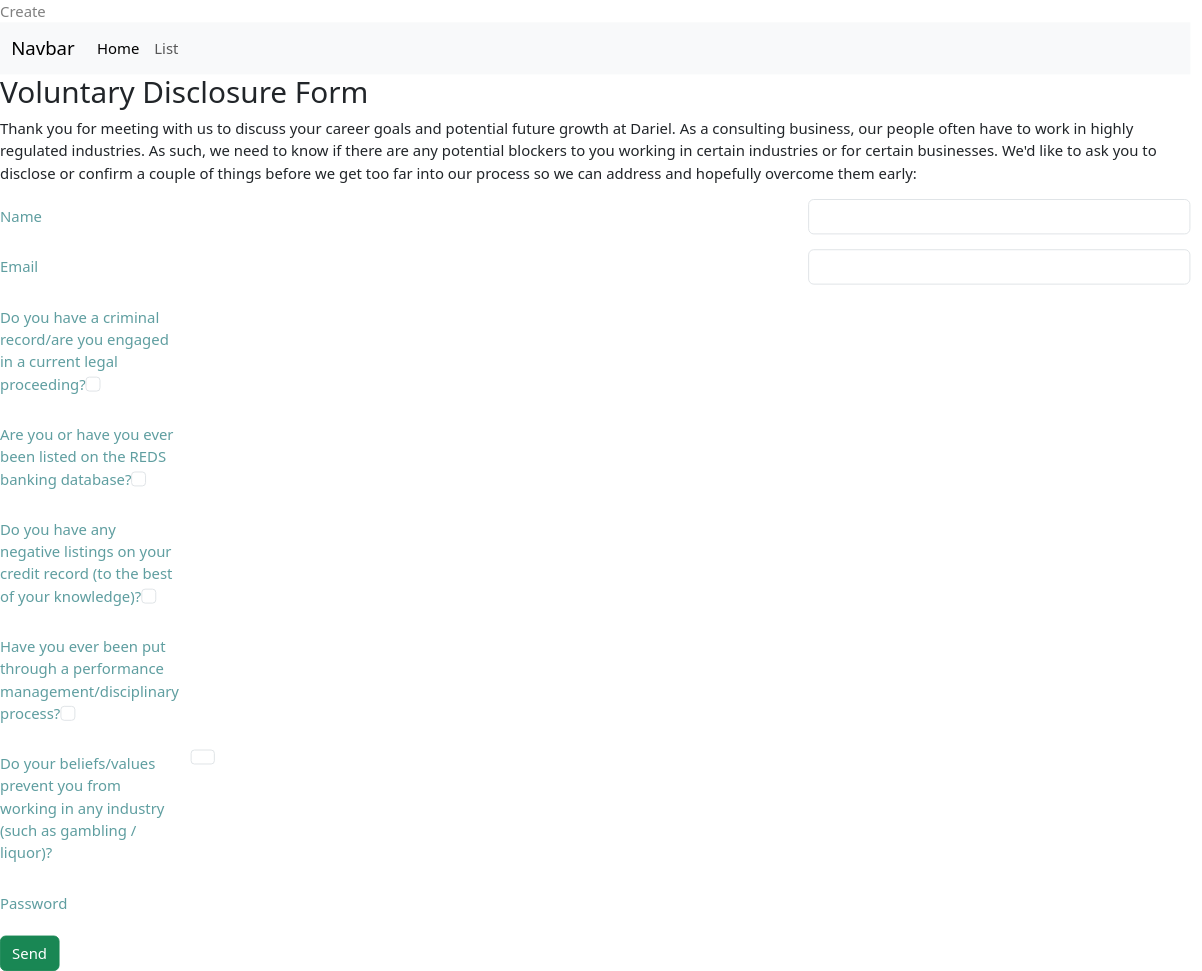
Repository: NtuthukoM/VoluntaryDisclosure
Page: / (app in disclosures-client/)
An editor plug-in stored every save of this project. The page is shown before and after the next save, followed by the edit.
The browser window is 1280 px wide. The page is 1292 px wide, so the pictures cover 1292 px, including what lies to the right of the window. The pictures show the whole page, at 93% of full size.
The project was rebuilt for these pictures with package versions that can differ from the ones it lists, and the page was loaded fresh each time. Also part of the build but not shown: disclosures-client/src/pages/ListDisclosures.js, disclosures-client/src/pages/DisclosureDetails.js, disclosures-client/src/pages/DisclosureSubmitted.js.

Above is the page before, as saved 2023-05-30 20:52:30.

After the next save:
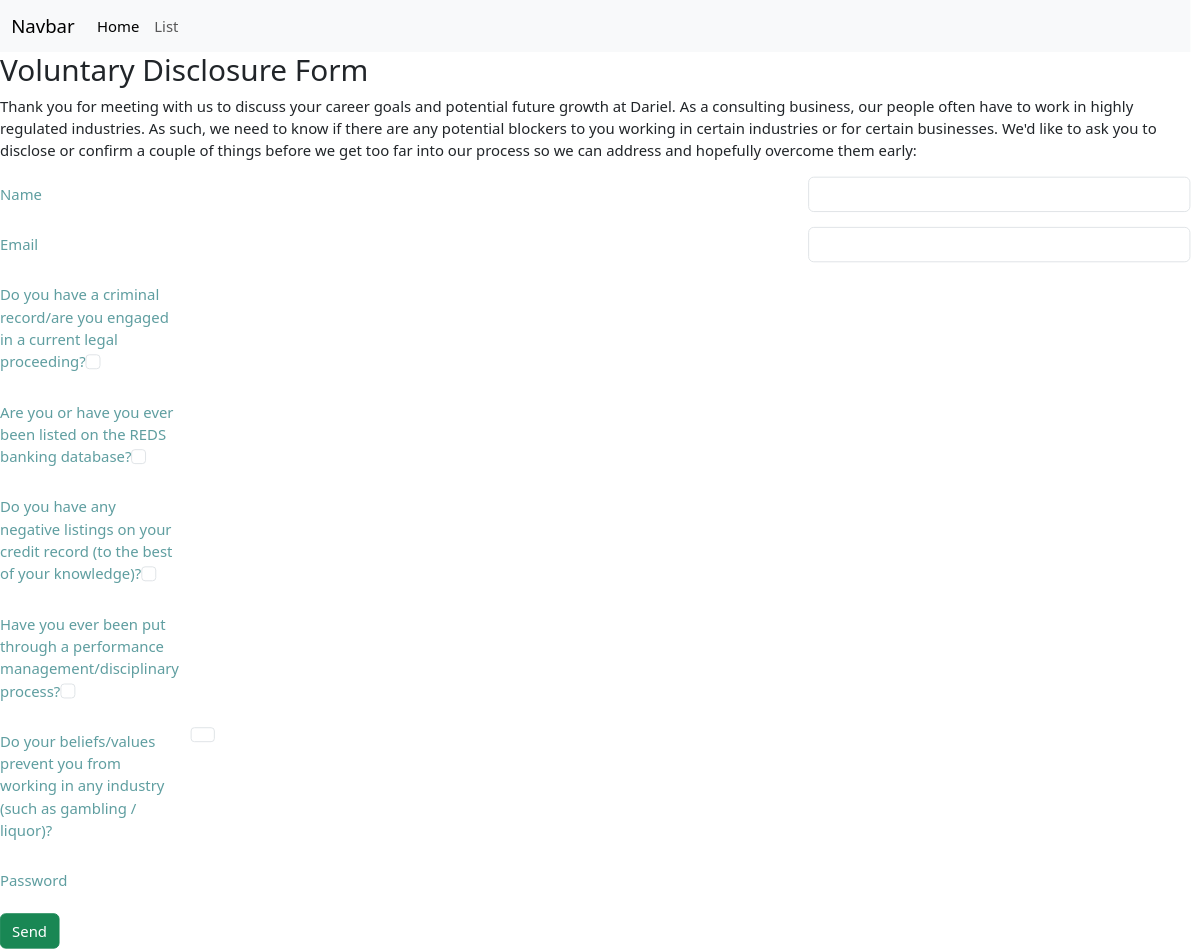
Saved 4 s later.
--- a/disclosures-client/src/components/nav.js
+++ b/disclosures-client/src/components/nav.js
@@ -4,7 +4,7 @@ export function Nav(){
     return (
         <>
             <nav>
-                <NavLink to="/" className={({isActive}) => isActive ? "active" : "go-to"}>Create </NavLink>
+
 
             </nav>
             <nav className="navbar navbar-expand-lg bg-body-tertiary">

After the save that followed:
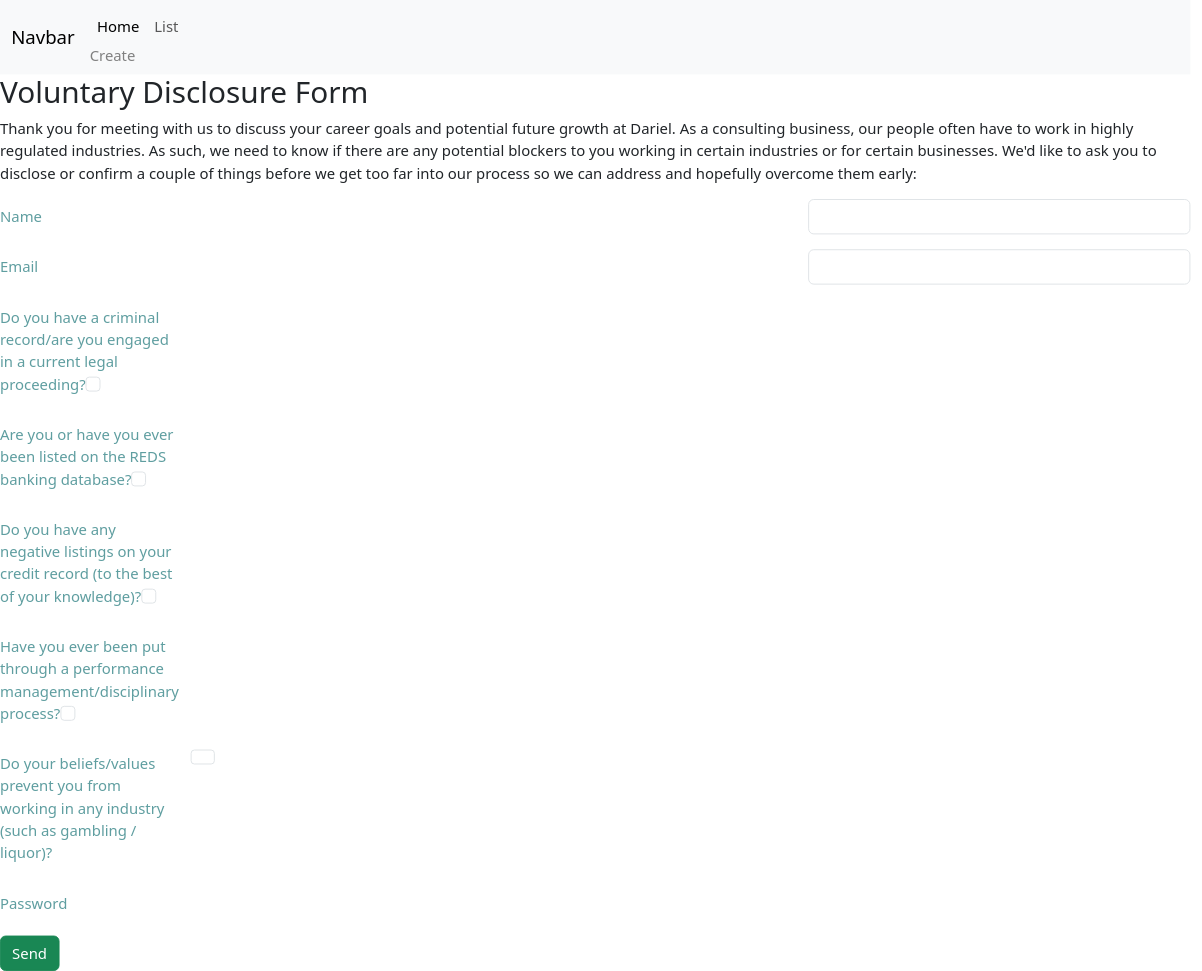
Saved 4 s later.
--- a/disclosures-client/src/components/nav.js
+++ b/disclosures-client/src/components/nav.js
@@ -17,6 +17,7 @@ export function Nav(){
       <ul className="navbar-nav">
         <li className="nav-item">
           <a className="nav-link active" aria-current="page" href="#">Home</a>
+          <NavLink to="/" className={({isActive}) => isActive ? "active" : "go-to"}>Create </NavLink>
         </li>
         <li className="nav-item">
           <NavLink to="/list" className={({isActive}) => isActive ? "active nav-link" : "nav-link"}>List </NavLink>
